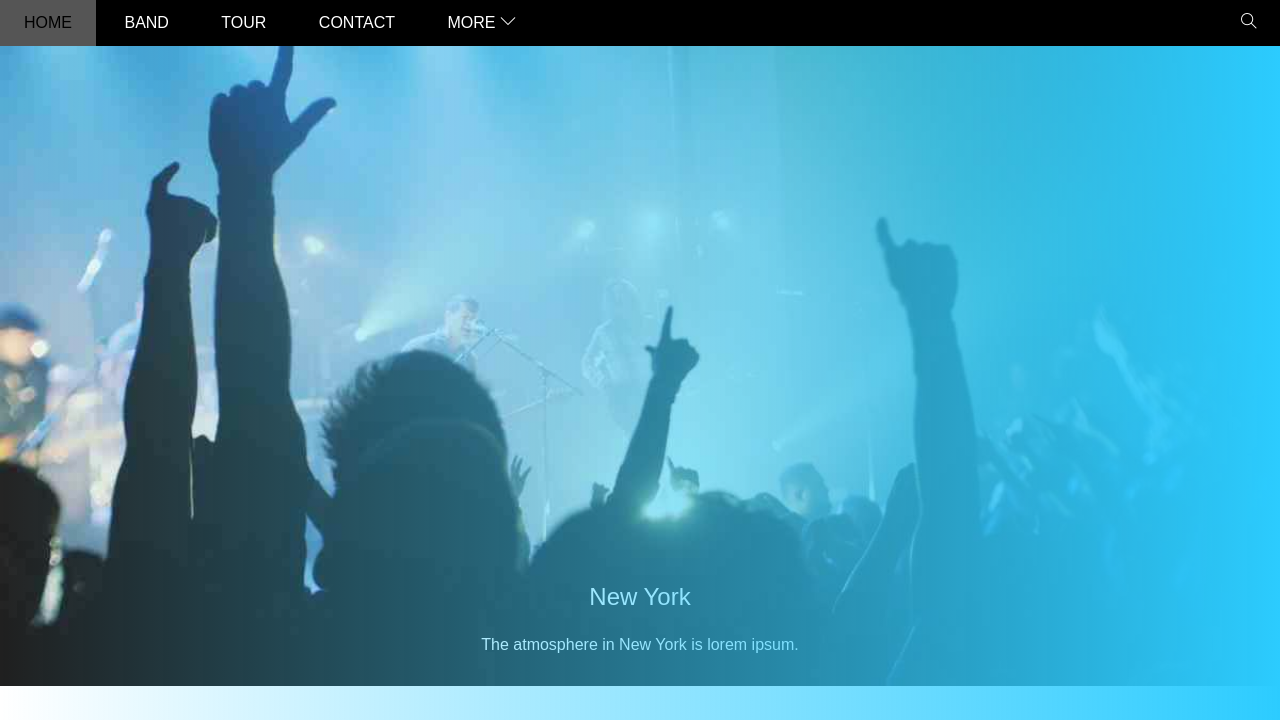
Repository: tung1233hhhhhhhhhhhhh/Website
Page: w3_band/index.html
An editor plug-in stored every save of this project. The page is shown before and after the next save, followed by the edit.
The browser window is 1280 px wide. The pictures show the window.
A layer covers the whole window, so only the first screen is drawn.

Above is the page before, as saved 2023-02-18 17:16:51.

After the next save:
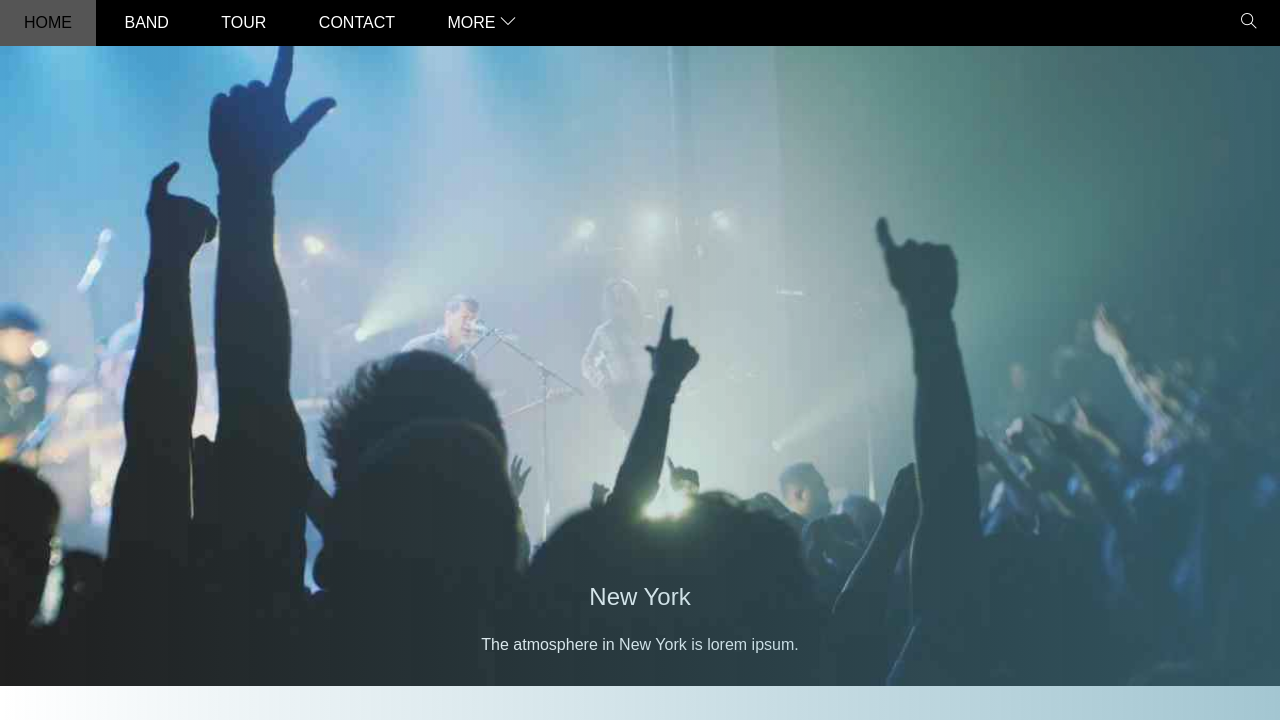
Saved 14 s later.
--- a/w3_band/assets/css/style.css
+++ b/w3_band/assets/css/style.css
@@ -401,6 +401,6 @@
     right: 0;
     bottom: 0;
 
-    background-image: linear-gradient(to right, rgba(140, 121, 121, 0), #2cccff);
+    background-image: linear-gradient(to right, rgba(140, 121, 121, 0), rgba(69, 140, 163, 0.495));
     ;
 }
